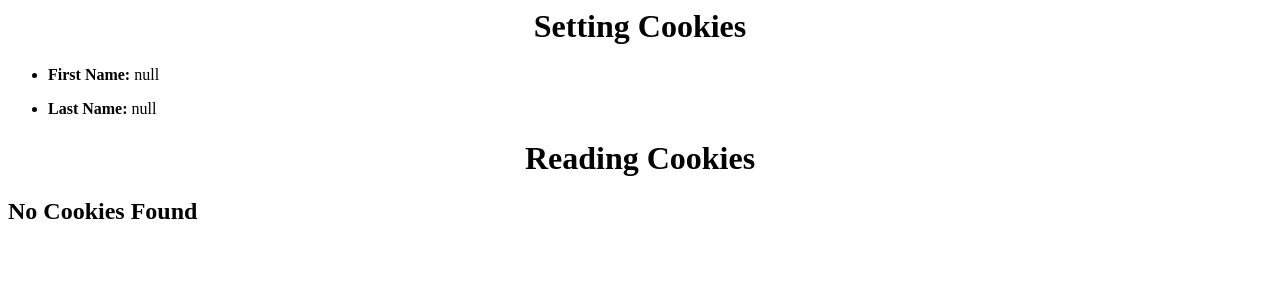
Repository: msibgathulla9980/JSP
Page: http://localhost/HelloWorldJSP/Main.jsp
These files come from the project's save history. The page is drawn as it stood at one moment and after the next save; the edit follows.
The browser window is 1280 px wide. The pictures show the whole page.
The page is served by Tomcat 9.

Above is the page before, as saved 2019-01-28 12:39:02.

### HelloWorldJSP/WebContent/Main.jsp

<%
//Creating the cookies for first and last name
Cookie firstName=new Cookie("firstName",request.getParameter("first_name"));
Cookie lastName=new Cookie("lastName",request.getParameter("last_name"));

//Setting expiry date after 24 Hrs for both the cookies.
firstName.setMaxAge(60*60*24);
lastName.setMaxAge(60*60*24);

//Adding both the cookies into the response header

response.addCookie( firstName );
response.addCookie( lastName );
%>
<html>
<head>
<title>Setting Cookies</title>
</head>

<body>
	<center>
		<h1>Setting Cookies</h1>
	</center>
	<ul>
		<li><p>
				<b>First Name:</b>
				<%= request.getParameter("first_name")%>
			</p></li>
		<li><p>
				<b>Last Name:</b>
				<%= request.getParameter("last_name")%>
			</p></li>
	</ul>
      </body>
      <center>
         <h1>Reading Cookies</h1>
      </center>
      <%
      Cookie cookie=null;
      Cookie[] cookies=null;
      //Getting an array of cookies associated with this domain
      cookies=request.getCookies();
      if(cookies!=null)
      {
    	  out.print("<h2>Found Cookie's Name and Value</h2>");
  for(int i=0;i<cookies.length;i++)
  {
	  cookie=cookies[i];

      if((cookie.getName( )).compareTo("first_name") == 0 ) {
         cookie.setMaxAge(0);
         response.addCookie(cookie);
         out.print("Deleted cookie: " +cookie.getName( ) + "<br/>");
      }
	  out.print("Name:  "+cookie.getName()+", ");
	  out.print("Value:  "+cookie.getValue()+"<br/>");
  }
      }
      else
    	  out.print("<h2> No Cookies Found</h2>");
 %>
 </body>
 </html>
</body>
</html>

After the next save:
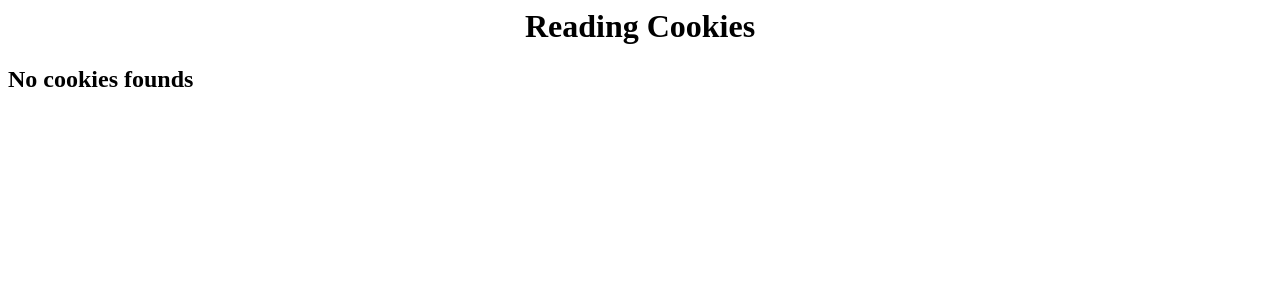
Saved 17 s later.
--- a/HelloWorldJSP/WebContent/Main.jsp
+++ b/HelloWorldJSP/WebContent/Main.jsp
@@ -1,66 +1,31 @@
+<html>
+   <head>
+      <title>Reading Cookies</title>
+   </head>
 
-<%
-//Creating the cookies for first and last name
-Cookie firstName=new Cookie("firstName",request.getParameter("first_name"));
-Cookie lastName=new Cookie("lastName",request.getParameter("last_name"));
-
-//Setting expiry date after 24 Hrs for both the cookies.
-firstName.setMaxAge(60*60*24);
-lastName.setMaxAge(60*60*24);
-
-//Adding both the cookies into the response header
-
-response.addCookie( firstName );
-response.addCookie( lastName );
-%>
-<html>
-<head>
-<title>Setting Cookies</title>
-</head>
-
-<body>
-	<center>
-		<h1>Setting Cookies</h1>
-	</center>
-	<ul>
-		<li><p>
-				<b>First Name:</b>
-				<%= request.getParameter("first_name")%>
-			</p></li>
-		<li><p>
-				<b>Last Name:</b>
-				<%= request.getParameter("last_name")%>
-			</p></li>
-	</ul>
-      </body>
+   <body>
       <center>
          <h1>Reading Cookies</h1>
       </center>
       <%
-      Cookie cookie=null;
-      Cookie[] cookies=null;
-      //Getting an array of cookies associated with this domain
-      cookies=request.getCookies();
-      if(cookies!=null)
-      {
-    	  out.print("<h2>Found Cookie's Name and Value</h2>");
-  for(int i=0;i<cookies.length;i++)
-  {
-	  cookie=cookies[i];
+         Cookie cookie = null;
+         Cookie[] cookies = null;
 
-      if((cookie.getName( )).compareTo("first_name") == 0 ) {
-         cookie.setMaxAge(0);
-         response.addCookie(cookie);
-         out.print("Deleted cookie: " +cookie.getName( ) + "<br/>");
-      }
-	  out.print("Name:  "+cookie.getName()+", ");
-	  out.print("Value:  "+cookie.getValue()+"<br/>");
-  }
-      }
-      else
-    	  out.print("<h2> No Cookies Found</h2>");
- %>
- </body>
- </html>
-</body>
+         // Get an array of Cookies associated with the this domain
+         cookies = request.getCookies();
+
+         if( cookies != null ) {
+            out.println("<h2> Found Cookies Name and Value</h2>");
+
+            for (int i = 0; i < cookies.length; i++) {
+               cookie = cookies[i];
+               out.print("Name : " + cookie.getName( ) + ",  ");
+               out.print("Value: " + cookie.getValue( )+" <br/>");
+            }
+         } else {
+            out.println("<h2>No cookies founds</h2>");
+         }
+      %>
+   </body>
+
 </html>
